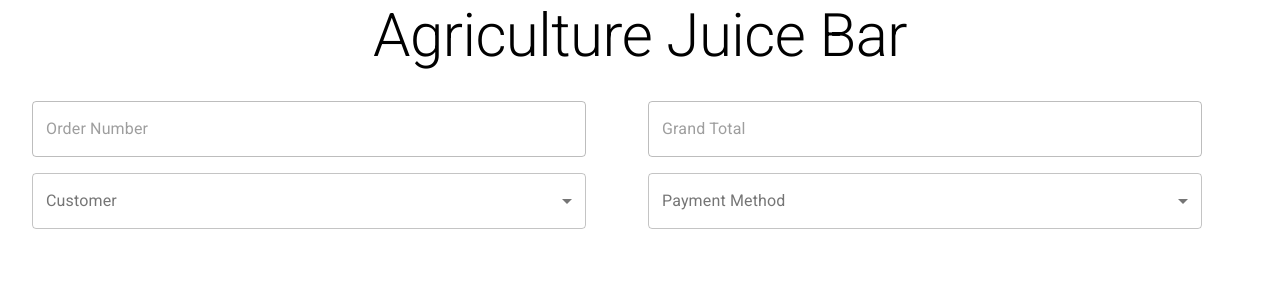
Repository: CydexCode/JuiceBarApplication
Page: / (app in restaurant-app/)
These files come from the project's save history. The page is drawn as it stood at one moment and after a run of saves; the edit follows.
The browser window is 1280 px wide. The pictures show the whole page.
The project was rebuilt for these pictures with package versions that can differ from the ones it lists, and the page was loaded fresh each time. Also part of the build but not shown: restaurant-app/src/App.css.

Above is the page before, as saved 2024-02-03 11:37:26.

### restaurant-app/public/index.html
<!DOCTYPE html>
<html lang="en">
  <head>
    <meta charset="utf-8" />
    <link rel="icon" href="%PUBLIC_URL%/favicon.ico" />
    <meta name="viewport" content="width=device-width, initial-scale=1" />
    <meta name="theme-color" content="#000000" />
    <meta
      name="description"
      content="Web site created using create-react-app"
    />
    <link rel="apple-touch-icon" href="%PUBLIC_URL%/logo192.png" />
    <!--
      manifest.json provides metadata used when your web app is installed on a
      user's mobile device or desktop. See https://developers.google.com/web/fundamentals/web-app-manifest/
    -->
    <link rel="manifest" href="%PUBLIC_URL%/manifest.json" />
    <!--
      Notice the use of %PUBLIC_URL% in the tags above.
      It will be replaced with the URL of the `public` folder during the build.
      Only files inside the `public` folder can be referenced from the HTML.

      Unlike "/favicon.ico" or "favicon.ico", "%PUBLIC_URL%/favicon.ico" will
      work correctly both with client-side routing and a non-root public URL.
      Learn how to configure a non-root public URL by running `npm run build`.
    -->

    <link rel="preconnect" href="https://fonts.googleapis.com" />
<link rel="preconnect" href="https://fonts.gstatic.com" crossorigin />
<link
  rel="stylesheet"
  href="https://fonts.googleapis.com/css2?family=Roboto:wght@300;400;500;600;700&display=swap"
/>

<link
  rel="stylesheet"
  href="https://fonts.googleapis.com/icon?family=Material+Icons"
/>

    <title>React App</title>

  </head>
  <body>
    <noscript>You need to enable JavaScript to run this app.</noscript>
    <div id="root"></div>
    <!--
      This HTML file is a template.
      If you open it directly in the browser, you will see an empty page.

      You can add webfonts, meta tags, or analytics to this file.
      The build step will place the bundled scripts into the <body> tag.

      To begin the development, run `npm start` or `yarn start`.
      To create a production bundle, use `npm run build` or `yarn build`.
    -->
  </body>
</html>

### restaurant-app/src/index.css
body {
  margin: 0;
  font-family:'Roboto', -apple-system, BlinkMacSystemFont, 'Segoe UI', 'Oxygen',
    'Ubuntu', 'Cantarell', 'Fira Sans', 'Droid Sans', 'Helvetica Neue',
    sans-serif;
  -webkit-font-smoothing: antialiased;
  -moz-osx-font-smoothing: grayscale;
}

code {
  font-family: source-code-pro, Menlo, Monaco, Consolas, 'Courier New',
    monospace;
}

### restaurant-app/src/App.js
import logo from './logo.svg';
import './App.css';
import { Container, Typography } from "@material-ui/core";
import Order from './components/Order';


function App() {
  return (
    <Container maxwidth="md">
          <Typography
          gutterBottom
          variant="h2"
          align="center">
            Agriculture Juice Bar
          </Typography>
          <Order />
    </Container>
  );
}

export default App;

### restaurant-app/src/components/Order/index.js
import React from 'react'
import OrderForm from './OrderForm';

export default function Order() {
  return (

      <OrderForm/>

  )
}

### restaurant-app/src/components/Order/OrderForm.js
import React from 'react'
import { Grid } from '@material-ui/core'
import Form from "../../layouts/Form"
import Input from "../../controls/Input"
import Select from "../../controls/Select"

const pMethods = [
  {id:'none', title:'Select'},
  {id:'Cash', title:'Cash'},
  {id:'Card', title:'Card'},
]


export default function OrderForm() {
  return (
    <Form>
    <Grid container>
      <Grid item xs={6}>
        <Input
          disabled
          label="Order Number"
          name="orderNumber"
        />
              <Select
              label="Customer"
               name="customerId"
               options = {[
                {id:0, title : 'Select'},
                {id:1, title : 'Customer 1'},
                {id:2, title : 'Customer 2'},
                {id:3, title : 'Customer 3'},
                {id:4, title : 'Customer 4'}

               ]}
               />
      </Grid>
      <Grid item xs={6}>
        <Input
          disabled
          label="Grand Total"
          name="gTotal"
        />
          <Select
              label="Payment Method"
               name="pMethod"
               options = {pMethods}
               />
      </Grid>
    </Grid>
  </Form>


  )
}

### restaurant-app/src/layouts/Form.js
import React from 'react'

import { makeStyles } from "@material-ui/core";

const useStyles = makeStyles(theme => ({
    root: {
        '& .MuiFormControl-root': {
            width: '90%',
            margin: theme.spacing(1)
        }
    }
}))

export default function Form(props) {
    const classes = useStyles();
    const { children, ...other } = props;


    return (
        <form className={classes.root} noValidate autoComplete="off" {...other}>
            {children}
        </form>
    )
}

### restaurant-app/src/controls/Input.js
import React from 'react'
import { TextField } from '@material-ui/core';

export default function Input(props) {

    const { name, label, value, variant, onChange, error = null, ...other } = props;
    return (
        <TextField
            variant={variant || "outlined"}
            label={label}
            name={name}
            value={value}
            onChange={onChange}
            {...other}
            {...(error && { error: true, helperText: error })}
        />
    )
}

### restaurant-app/src/controls/Select.js
import React from 'react'
import { FormControl, InputLabel, Select as MuiSelect, MenuItem, FormHelperText } from '@material-ui/core';

export default function Select(props) {

    const { name, label, value, varient, onChange, options, error = null } = props;

    return (
        <FormControl
            variant={varient || "outlined"}
            {...(error && { error: true })}>
            <InputLabel>{label}</InputLabel>
            <MuiSelect
                label={label}
                name={name}
                value={value}
                onChange={onChange}>
                {
                    options.map(
                        item => (<MenuItem key={item.id} value={item.id}>{item.title}</MenuItem>)
                    )
                }
            </MuiSelect>
            {error && <FormHelperText>{error}</FormHelperText>}
        </FormControl>
    )
}

Loaded but not shown: restaurant-app/src/index.js (common file); restaurant-app/src/reportWebVitals.js (common file)

After the next 2 saves:
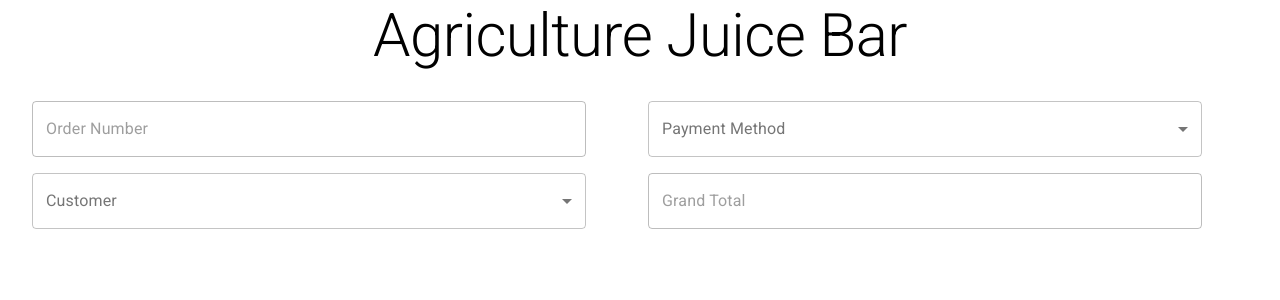
The 2 saves are shown as one change because they came seconds apart.
The last was saved 6 s later.
--- a/restaurant-app/src/components/Order/OrderForm.js
+++ b/restaurant-app/src/components/Order/OrderForm.js
@@ -35,16 +35,17 @@ export default function OrderForm() {
                />
       </Grid>
       <Grid item xs={6}>
+      <Select
+              label="Payment Method"
+               name="pMethod"
+               options = {pMethods}
+               />
         <Input
           disabled
           label="Grand Total"
           name="gTotal"
         />
-          <Select
-              label="Payment Method"
-               name="pMethod"
-               options = {pMethods}
-               />
+
       </Grid>
     </Grid>
   </Form>
